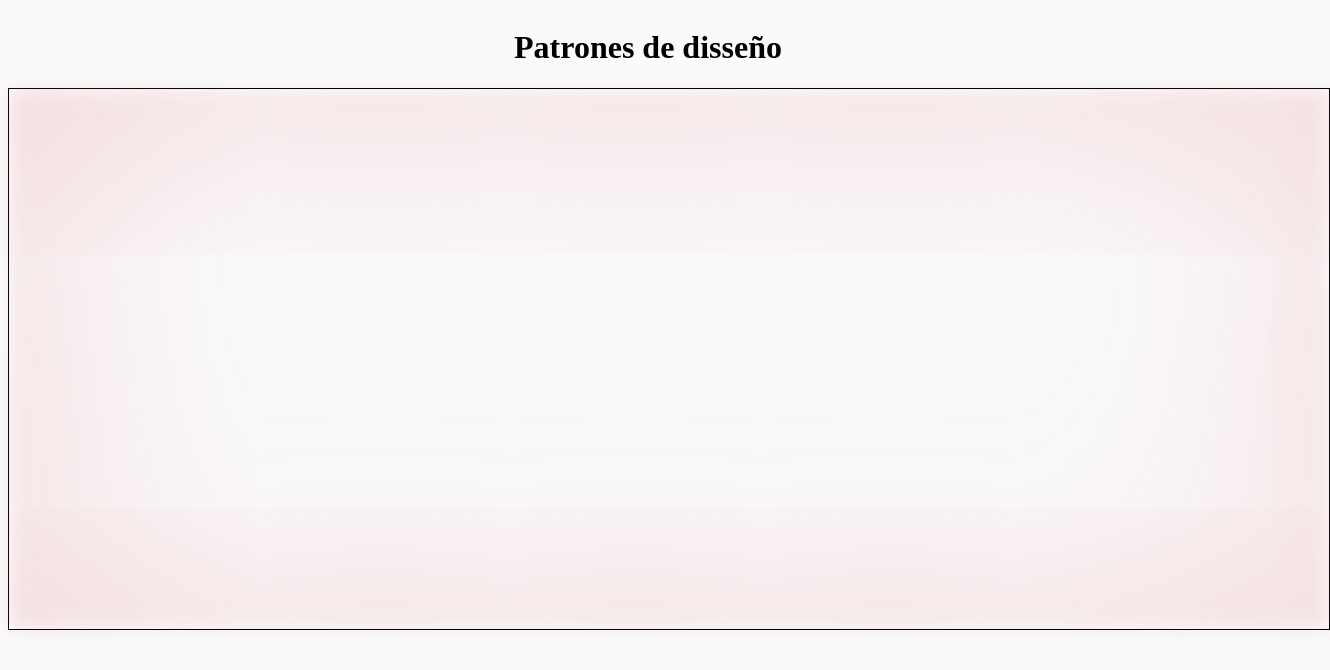
Repository: nrsWebs/design-pattern-es
Page: index.html
The author's editor kept a copy of each file at every save. The page is drawn from the files as they stood at one save, then again after the next save.
The browser window is 1280 px wide. The page is 1330 px wide, so the pictures cover 1330 px, including what lies to the right of the window. The pictures show the whole page.

Above is the page before, as saved 2021-02-06 18:23:53.

### index.html
<!DOCTYPE html>
<html>
<head>
<script src="https://ajax.googleapis.com/ajax/libs/jquery/3.5.1/jquery.min.js"></script>
<link rel="stylesheet" href="source/main.css">
</head>
<body>
    <div class="main-content">
        <h1>Patrones de disseño</h1>
        <div class="box">
            <div class="glass"></div>
            <div class=""></div>
        </div>
    </div>
</body>
<script>
$(document).ready(function(){
    setTimeout(function(){
        $("p").hide();
    }, 5000);
});
</script>
</html>

### source/main.css
:root {
    --main: #FAFAFA;
    --secondary: rgba(64, 168, 242, 0.35);
    --auxiliar: #DB5461;
    --test: rgba(219, 84, 97, 0.3)
  }
body {
    background-color: var(--main);
    display: flex;
    justify-content: center;
    width: 100%;
}
.main-content{
    display: flex;
    flex-direction: column;
    justify-content: space-around;
    width: 100%;
    max-width: 1440px;
}
h1{
    text-align: center;
}
.box {
    display: flex;
    flex-direction: column;
    justify-content: space-around;
    width: 100%;
    padding: 20px;
    height: 500px;
    border: 1px solid black;
    position: relative;
    background-attachment: fixed;
}
/* GLASS EFFECT */
.glass{
    background: inherit;
    width: 100%;
    height: 100%;
}
.glass:before {
    content: '';
    background: inherit;
    position: absolute;
    left: 0;
    right: 0;
    top: 0;
    bottom: 0;
    box-shadow: inset 0 0 2000px var(--test);
    filter: blur(10px);
}

After the next save:
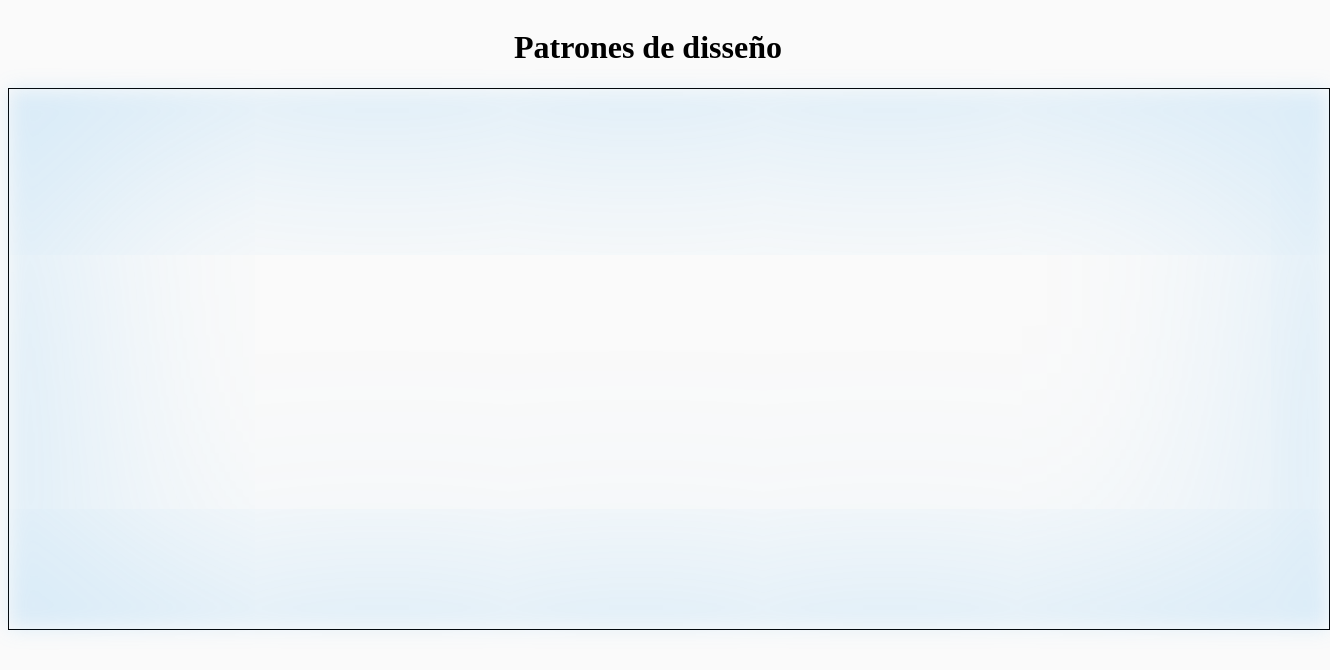
Saved 6 s later.
--- a/source/main.css
+++ b/source/main.css
@@ -45,6 +45,6 @@ h1{
     right: 0;
     top: 0;
     bottom: 0;
-    box-shadow: inset 0 0 2000px var(--test);
+    box-shadow: inset 0 0 2000px var(--secondary);
     filter: blur(10px);
 }
